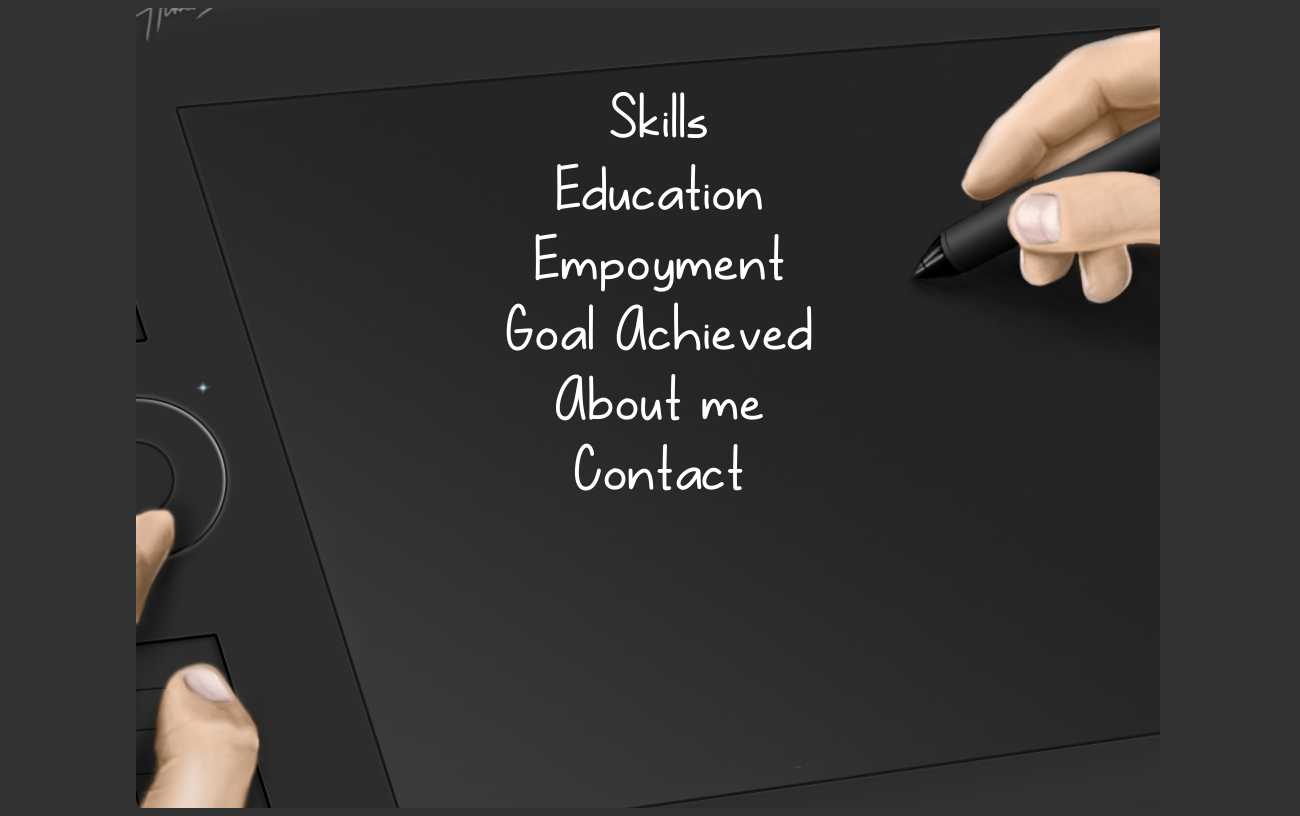
Repository: nikichanko/cv
Page: index.html
An editor plug-in stored every save of this project. The page is shown before and after the next save, followed by the edit.
The browser window is 1280 px wide. The page is 1300 px wide, so the pictures cover 1300 px, including what lies to the right of the window. The pictures show the whole page.

Above is the page before, as saved 2018-08-08 23:48:55.

After the next save:
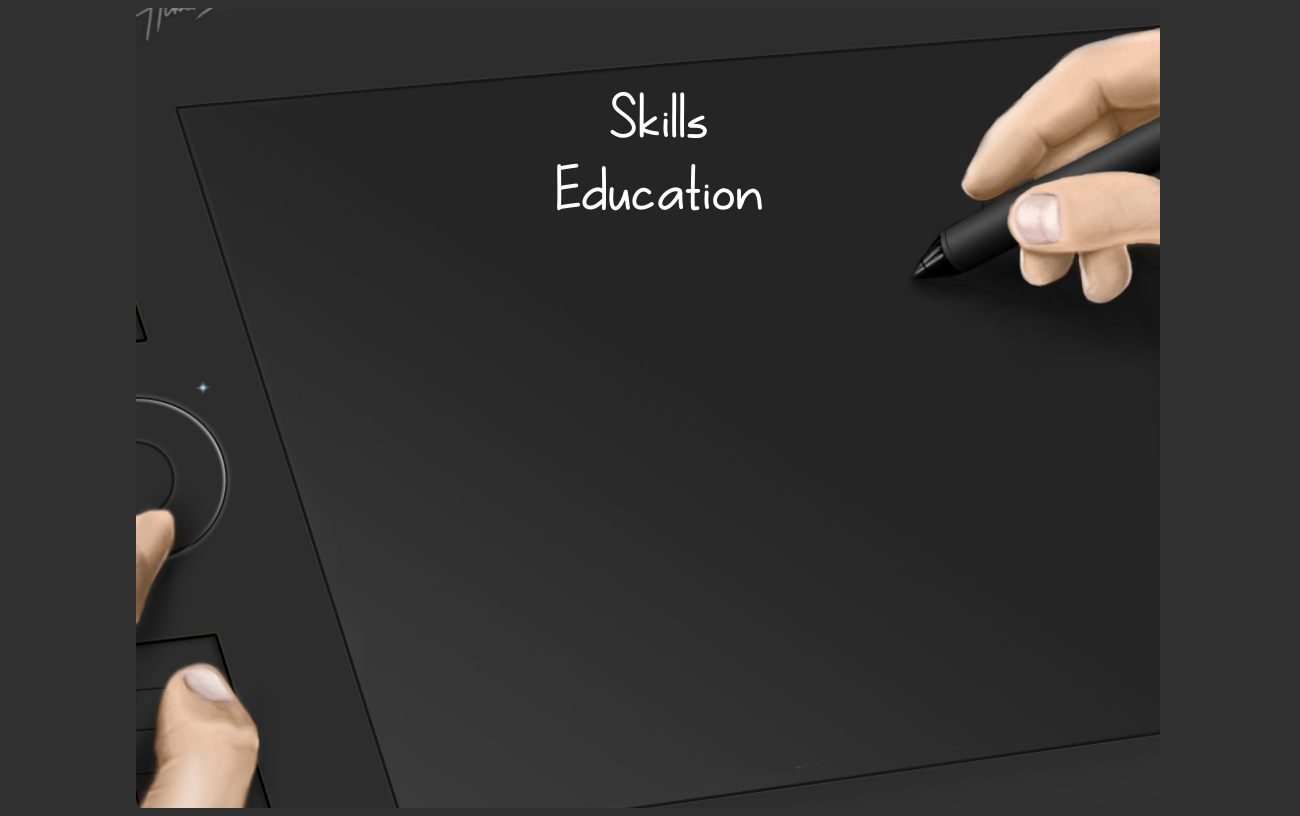
Saved 2 min 16 s later.
--- a/index.html
+++ b/index.html
@@ -35,6 +35,12 @@
         <div class="item">
           Education
         </div>
+        <div class="content">
+            <i class="close"></i>
+        2011-2013
+M. Sc. in Computer Science
+Technical University Gabrovo,
+Computer System and Technologies
         <div class="item">
           Empoyment
         </div>
